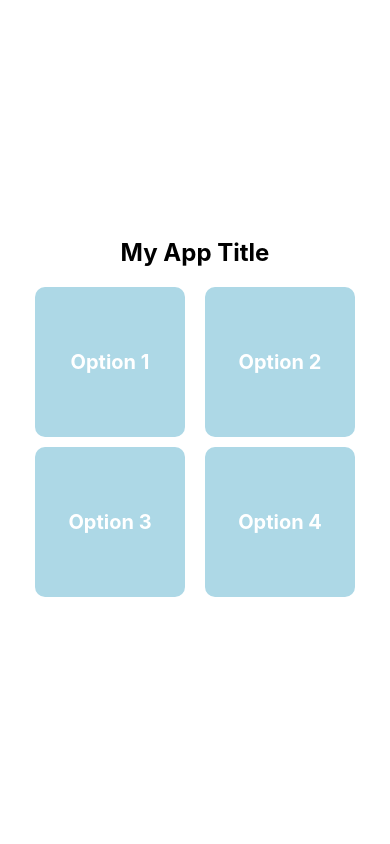
Repository: hajin-park/V-QUIP
Page: / (app in frontend/react-native-app/)
These files come from the project's save history. The page is drawn as it stood at one moment and after the next save; the edit follows.
The browser window is 390 px wide. The pictures show the whole page.
The app was drawn by React Native's web renderer in a window 390 px wide. The project was rebuilt for these pictures with package versions that can differ from the ones it lists, and the page was loaded fresh each time.

Above is the page before, as saved 2024-03-28 20:37:36.

After the next save:
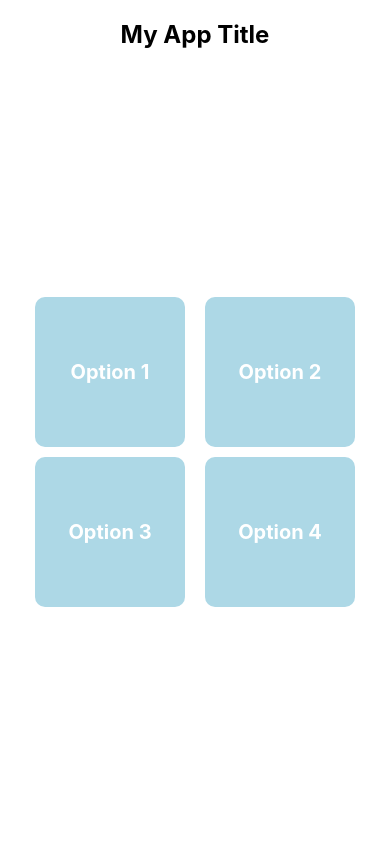
Saved 35 s later.
--- a/frontend/react-native-app/App.js
+++ b/frontend/react-native-app/App.js
@@ -10,21 +10,23 @@ export default function App() {
   return (
     <View style={styles.container}>
       <Text style={styles.title}>My App Title</Text>
-      <View style={styles.row}>
-        <TouchableOpacity style={styles.box} onPress={() => handleOptionClick(1)}>
-          <Text style={styles.text}>Option 1</Text>
-        </TouchableOpacity>
-        <TouchableOpacity style={styles.box} onPress={() => handleOptionClick(2)}>
-          <Text style={styles.text}>Option 2</Text>
-        </TouchableOpacity>
-      </View>
-      <View style={styles.row}>
-        <TouchableOpacity style={styles.box} onPress={() => handleOptionClick(3)}>
-          <Text style={styles.text}>Option 3</Text>
-        </TouchableOpacity>
-        <TouchableOpacity style={styles.box} onPress={() => handleOptionClick(4)}>
-          <Text style={styles.text}>Option 4</Text>
-        </TouchableOpacity>
+      <View style={styles.content}>
+        <View style={styles.row}>
+          <TouchableOpacity style={styles.box} onPress={() => handleOptionClick(1)}>
+            <Text style={styles.text}>Option 1</Text>
+          </TouchableOpacity>
+          <TouchableOpacity style={styles.box} onPress={() => handleOptionClick(2)}>
+            <Text style={styles.text}>Option 2</Text>
+          </TouchableOpacity>
+        </View>
+        <View style={styles.row}>
+          <TouchableOpacity style={styles.box} onPress={() => handleOptionClick(3)}>
+            <Text style={styles.text}>Option 3</Text>
+          </TouchableOpacity>
+          <TouchableOpacity style={styles.box} onPress={() => handleOptionClick(4)}>
+            <Text style={styles.text}>Option 4</Text>
+          </TouchableOpacity>
+        </View>
       </View>
       <StatusBar style="auto" />
     </View>
@@ -35,13 +37,18 @@ const styles = StyleSheet.create({
   container: {
     flex: 1,
     backgroundColor: '#fff',
-    alignItems: 'center',
-    justifyContent: 'center',
   },
   title: {
     fontSize: 24,
     fontWeight: 'bold',
+    marginTop: 20,
     marginBottom: 20,
+    textAlign: 'center',
+  },
+  content: {
+    flex: 1,
+    alignItems: 'center',
+    justifyContent: 'center',
   },
   row: {
     flexDirection: 'row',
